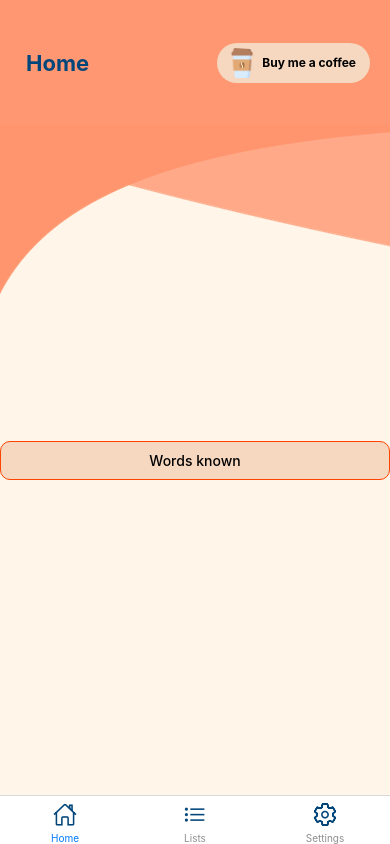
Repository: David-Waite/SpellingApp
Screen: /
An editor plug-in stored every save of this project. The screen is shown before and after the next save, followed by the edit.
The app was drawn by React Native's web renderer in a window 390 px wide. The project was rebuilt for these pictures with package versions that can differ from the ones it lists, and the page was loaded fresh each time. Also part of the build but not shown: screens/Settings.js, screens/SpellWord.js, screens/WordsLearnt.js, screens/WordListOverview.js, screens/WordLists.js, screens/Donate.js.

Above is the screen before, as saved 2023-06-22 22:03:52.

### App.js
import { NavigationContainer } from "@react-navigation/native";
import { StatusBar } from "expo-status-bar";
import { StyleSheet } from "react-native";
import { Ionicons } from "@expo/vector-icons";

import Home from "./screens/Home";
import Settings from "./screens/Settings";
import SpellWord from "./screens/SpellWord";
import WordsLearnt from "./screens/WordsLearnt";
import WordListOverview from "./screens/WordListOverview";
import WordLists from "./screens/WordLists";
import Donate from "./screens/Donate";

import { createStackNavigator } from "@react-navigation/stack";
import { createBottomTabNavigator } from "@react-navigation/bottom-tabs";
import { GlobalStyles } from "./constants/styles";

import CoffeeBtn from "./components/ui/CoffeeBtn";

const BottomTabs = createBottomTabNavigator();
const Stack = createStackNavigator();

function BottomTabsScreens() {
  return (
    <BottomTabs.Navigator>
      <BottomTabs.Screen
        name="Home"
        component={Home}
        headerShadowVisible={false}
        options={({ navigation }) => ({
          headerRight: () => (
            <CoffeeBtn
              onPress={() => {
                navigation.navigate("Donate");
              }}
            />
          ),
          title: "Home",
          tabBarLabel: "Home",
          headerTitleAlign: "left",
          headerShadowVisible: false,
          headerTitleStyle: {
            color: GlobalStyles.colors.accent500,
            fontSize: 22,
            marginLeft: 10,
            fontWeight: 700,
          },
          headerStyle: {
            backgroundColor: GlobalStyles.colors.primary400,
            height: 125,
          },

          tabBarIcon: ({ color, size }) => (
            <Ionicons
              name="home-outline"
              size={size}
              color={GlobalStyles.colors.accent500}
            />
          ),
        })}
      />
      <BottomTabs.Screen
        name="WordLists"
        component={WordLists}
        options={{
          title: "Word Lists",
          tabBarLabel: "Lists",
          tabBarIcon: ({ color, size }) => (
            <Ionicons
              name="list-outline"
              size={size}
              color={GlobalStyles.colors.accent500}
            />
          ),
        }}
      />
      <BottomTabs.Screen
        name="Settings"
        component={Settings}
        options={{
          title: "Settings",
          tabBarLabel: "Settings",
          tabBarIcon: ({ color, size }) => (
            <Ionicons
              name="settings-outline"
              size={size}
              color={GlobalStyles.colors.accent500}
            />
          ),
        }}
      />
    </BottomTabs.Navigator>
  );
}
export default function App() {
  return (
    <>
      <StatusBar style="light" />
      <NavigationContainer>
        <Stack.Navigator>
          <Stack.Screen
            name="BottomTabsScreen"
            component={BottomTabsScreens}
            options={{ headerShown: false }}
          />
          <Stack.Screen
            name="WordsLearnt"
            component={WordsLearnt}
            options={{ presentation: "modal" }}
          />
          <Stack.Screen name="WordListOverview" component={WordListOverview} />
          <Stack.Screen
            name="SpellWord"
            component={SpellWord}
            options={{ presentation: "modal" }}
          />
          <Stack.Screen
            name="Donate"
            component={Donate}
            options={{ presentation: "modal" }}
          />
        </Stack.Navigator>
      </NavigationContainer>
    </>
  );
}

const styles = StyleSheet.create({
  container: {
    flex: 1,
    backgroundColor: "#fff",
    alignItems: "center",
    justifyContent: "center",
  },
});

### screens/Home.js
import { ImageBackground, Text, View } from "react-native";

import { StyleSheet } from "react-native";
import { GlobalStyles } from "../constants/styles";

import WordsLearntCard from "../components/ui/WordsLearntCard";
function Home({ navigation }) {
  return (
    <View style={styles.container}>
      <ImageBackground
        style={styles.ImageBackground}
        source={require("../images/SpellingAppHeaderBackground.png")}
      >
        <WordsLearntCard navigation={navigation} />
      </ImageBackground>
    </View>
  );
}

export default Home;

const styles = StyleSheet.create({
  container: {
    flex: 1,
    backgroundColor: GlobalStyles.colors.background,
  },
  ImageBackground: {
    resizeMode: "fill",

    flex: 1,
    justifyContent: "center",
  },
});

### constants/styles.js
export const GlobalStyles = {
  colors: {
    background: "#FFF6E9",
    primary50: "#FFF0E5",
    primary100: "#F6D7BF",
    primary100Dark: "#c7ad99",
    primary300: "#FFA989",
    primary400: "#FF9872",
    primary500: "#FF946E",
    primary800: "#FF4400",
    accent500: "#00467B",
    success500: "#0A8900",
    error500: "#FF0000",
  },
};

### components/ui/CoffeeBtn.js
import { Image } from "react-native";
import { StyleSheet } from "react-native";
import { Pressable } from "react-native";
import { View, Text } from "react-native";
import { GlobalStyles } from "../../constants/styles";

function CoffeeBtn({ onPress }) {
  return (
    <Pressable
      onPress={onPress}
      style={({ pressed }) => [styles.conatiner, pressed && styles.pressed]}
    >
      <View style={styles.layoutConatiner}>
        <Image
          style={styles.coffee}
          source={require("../../images/coffee-cup.png")}
        />
        <Text style={styles.text}>Buy me a coffee</Text>
      </View>
    </Pressable>
  );
}

export default CoffeeBtn;

const styles = StyleSheet.create({
  conatiner: {
    backgroundColor: GlobalStyles.colors.primary100,
    borderRadius: 20,

    paddingLeft: 10,
    paddingRight: 14,
    paddingVertical: 5,

    marginRight: 20,
  },
  layoutConatiner: {
    flexDirection: "row",
    alignItems: "center",
    gap: 5,
  },
  text: {
    fontSize: 12,
    fontWeight: 700,
  },
  coffee: {
    width: 30,
    height: 30,
  },
  pressed: {
    backgroundColor: GlobalStyles.colors.primary100Dark,
    borderRadius: 20,
  },
});

### components/ui/WordsLearntCard.js
import { Text, StyleSheet } from "react-native";

import { GlobalStyles } from "../../constants/styles";
import { Pressable } from "react-native";
import { View } from "react-native";

function WordsLearntCard({ navigation }) {
  return (
    <Pressable onPress={() => navigation.navigate("WordsLearnt")}>
      <View style={styles.container}>
        <Text style={styles.WordsKnownText}>Words known</Text>
      </View>
    </Pressable>
  );
}

export default WordsLearntCard;

const styles = StyleSheet.create({
  container: {
    backgroundColor: GlobalStyles.colors.primary100,
    paddingHorizontal: 10,
    paddingVertical: 10,
    borderRadius: 10,
    borderColor: GlobalStyles.colors.primary800,
    borderWidth: 1,
  },
  WordsKnownText: {
    textAlign: "center",
    fontWeight: "500",
  },
  pressed: {
    opacity: 0.75,
  },
});

After the next save:
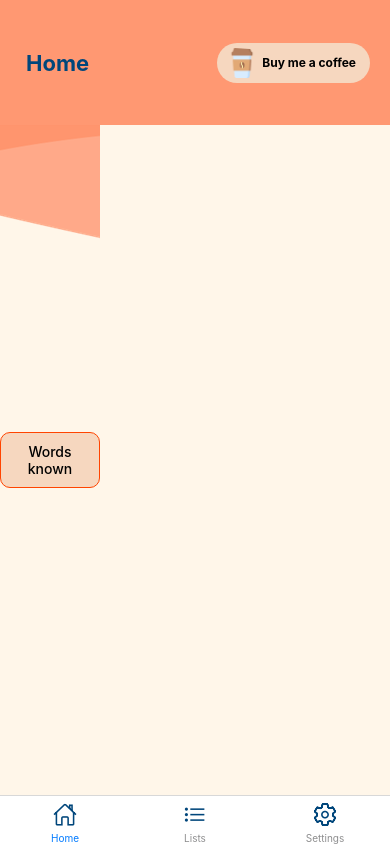
Saved 13 s later.
--- a/screens/Home.js
+++ b/screens/Home.js
@@ -28,6 +28,7 @@ const styles = StyleSheet.create({
     resizeMode: "fill",
 
     flex: 1,
+    width: 100,
     justifyContent: "center",
   },
 });
